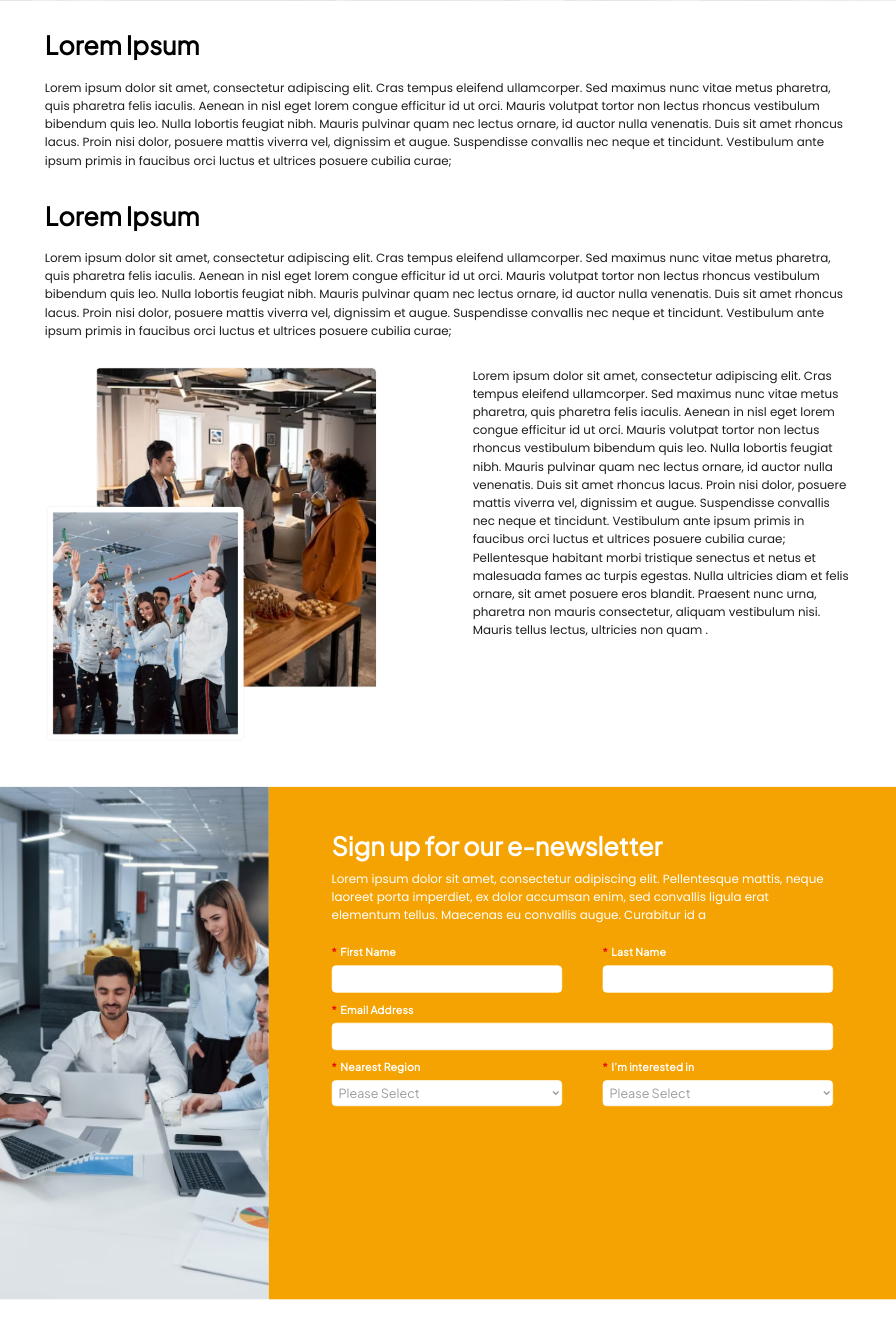
Repository: Akash8377/Hospitality-website
Page: /about-us
The author's editor kept a copy of each file at every save. The page is drawn from the files as they stood at one save, then again after the next save.
The browser window is 1280 px wide. The pictures show the part of the page from y = 683 to 2603 px (the page is 2603 px tall), at 70% of full size.
Some web libraries are served in a nearby version. The project was rebuilt for these pictures with package versions that can differ from the ones it lists, and the page was loaded fresh each time. Also part of the build but not shown: src/Component/Partial/heading-cont.js, src/Component/Shared/about-us.js, src/Component/Shared/Banner.js, src/Component/Shared/popular-jobs.js, src/Component/Sliders/ServiceSlider.js, src/Component/Sliders/ReviewSlider.js, src/Component/Partial/index-banner.js, src/Component/Partial/index-buisness-banner.js and 2 more.

Above is the page before, as saved 2023-07-07 12:16:09.

### public/index.html
<!-- @format -->

<!DOCTYPE html>
<html lang="en">
  <head>
    <meta charset="utf-8" />
    <link rel="icon" href="%PUBLIC_URL%/favicon.ico" />
    <meta name="viewport" content="width=device-width, initial-scale=1" />
    <meta name="theme-color" content="#000000" />
    <meta
      name="description"
      content="Web site created using create-react-app"
    />
    <link rel="apple-touch-icon" href="%PUBLIC_URL%/logo192.png" />
    <link rel="manifest" href="%PUBLIC_URL%/manifest.json" />

    <link rel="preconnect" href="https://fonts.googleapis.com" />
    <link rel="preconnect" href="https://fonts.gstatic.com" crossorigin />
    <link href="https://fonts.googleapis.com/css2?family=Plus+Jakarta+Sans&family=Poppins&display=swap" rel="stylesheet">
    <title>React App</title>
  </head>
  <body>
    <noscript>You need to enable JavaScript to run this app.</noscript>
    <div id="root"></div>
  </body>
  <script src="https://kit.fontawesome.com/b533b351e4.js" crossorigin="anonymous"></script>
</html>

### src/index.css
/** @format */

body {
  margin: 0;
  padding: 0;
  font-family: -apple-system, BlinkMacSystemFont, "Segoe UI", "Roboto", "Oxygen",
    "Ubuntu", "Cantarell", "Fira Sans", "Droid Sans", "Helvetica Neue",
    sans-serif;
  -webkit-font-smoothing: antialiased;
  -moz-osx-font-smoothing: grayscale;
}

code {
  font-family: source-code-pro, Menlo, Monaco, Consolas, "Courier New",
    monospace;
}

### src/Css/Navbar.css
/** @format */

.Navbar {
  display: flex;
  justify-content: space-evenly;
  box-shadow: 0px 10px 30px 0px rgba(0, 0, 0, 0.25);
  background-color: #033c59;
  padding: 20px;
  align-items: center;
}
.Navbar .main {
  width: 15%;
  text-align: center;
}
.Navbar .main a {
  text-decoration: none;
  color: #fff;
  font-size: 20px;
  font-family: Plus Jakarta Sans;
  font-style: normal;
  font-weight: 400;
  line-height: 24px;
  letter-spacing: 1px;
  margin: 0;
}

.Navbar .main img {
  display: block;
  margin: auto;
  max-width: 100%;
}
.Navbar .main div {
  border-radius: 24px;
  border: 1px solid #f3f4f6;
  background: #eee;
  padding: 8px;
  display: flex;
  justify-content: space-between;
  padding-left: 10px;
  padding-right: 10px;
}
.Navbar .main div input {
  border: none;
  background-color: transparent;
  outline: none;
  color: #6b7280;
  font-size: 14px;
  font-family: Plus Jakarta Sans;
  font-style: normal;
  font-weight: 400;
  line-height: normal;
  width: 80%;
}
.Navbar .main button {
  border-radius: 8px;
  background: #f5a302;
  width: 120px;
  padding: 10px;
  color: #fff;
  text-align: center;
  font-size: 16px;
  font-family: Plus Jakarta Sans;
  font-style: normal;
  font-weight: 800;
  line-height: normal;
  outline: none;
  border: 1px solid #f5a302;
}

.Navbar .main a:focus{
    font-weight: 700;
}

### src/Component/Partial/About Us Component/Newsletter.js
/** @format */

import React from "react";

const Newsletter = () => {
  return (
    <div className="About-Us_Newsletter">
      <div className="left">
        <img src="./Image/12.png" alt="" />
      </div>
      <div className="right">
        <div className="content">
          <h5>Sign up for our e-newsletter</h5>
          <p className="desc">
            Lorem ipsum dolor sit amet, consectetur adipiscing elit.
            Pellentesque mattis, neque laoreet porta imperdiet, ex dolor
            accumsan enim, sed convallis ligula erat elementum tellus. Maecenas
            eu convallis augue. Curabitur id a
          </p>

          <form>
            <div className="Two_Inputs">
              <div>
                <label>
                  <span>*</span>First Name
                </label>
                <input type="text" />
              </div>
              <div>
                <label>
                  <span>*</span>Last Name
                </label>
                <input type="text" />
              </div>
            </div>
            <div className="Single_Input">
              <div>
                <label>
                  <span>*</span>Email Address
                </label>
                <input type="email" />
              </div>
            </div>
            <div className="Two_Inputs">
              <div>
                <label>
                  <span>*</span>Nearest Region
                </label>
                <select>
                  <option>Please Select</option>
                </select>
              </div>
              <div>
                <label>
                  <span>*</span>I’m interested in
                </label>
                <select>
                  <option>Please Select</option>
                </select>
              </div>
            </div>
          </form>
        </div>
      </div>
    </div>
  );
};

export default Newsletter;

Loaded but not shown: src/index.js (common file); src/Component/Partial/About Us Component/two-section.js (33 lines, source omitted); src/Component/Partial/About Us Component/Banner.js (18 lines, source omitted); src/Component/Navbar/Navbar.js (45 lines, source omitted); src/Component/Partial/About Us Component/content-description.js (12 lines, source omitted); src/Pages/AboutUs.js (23 lines, source omitted); src/App.js (24 lines, source omitted); src/Css/Lap.css (893 lines, source omitted)

After the next save:
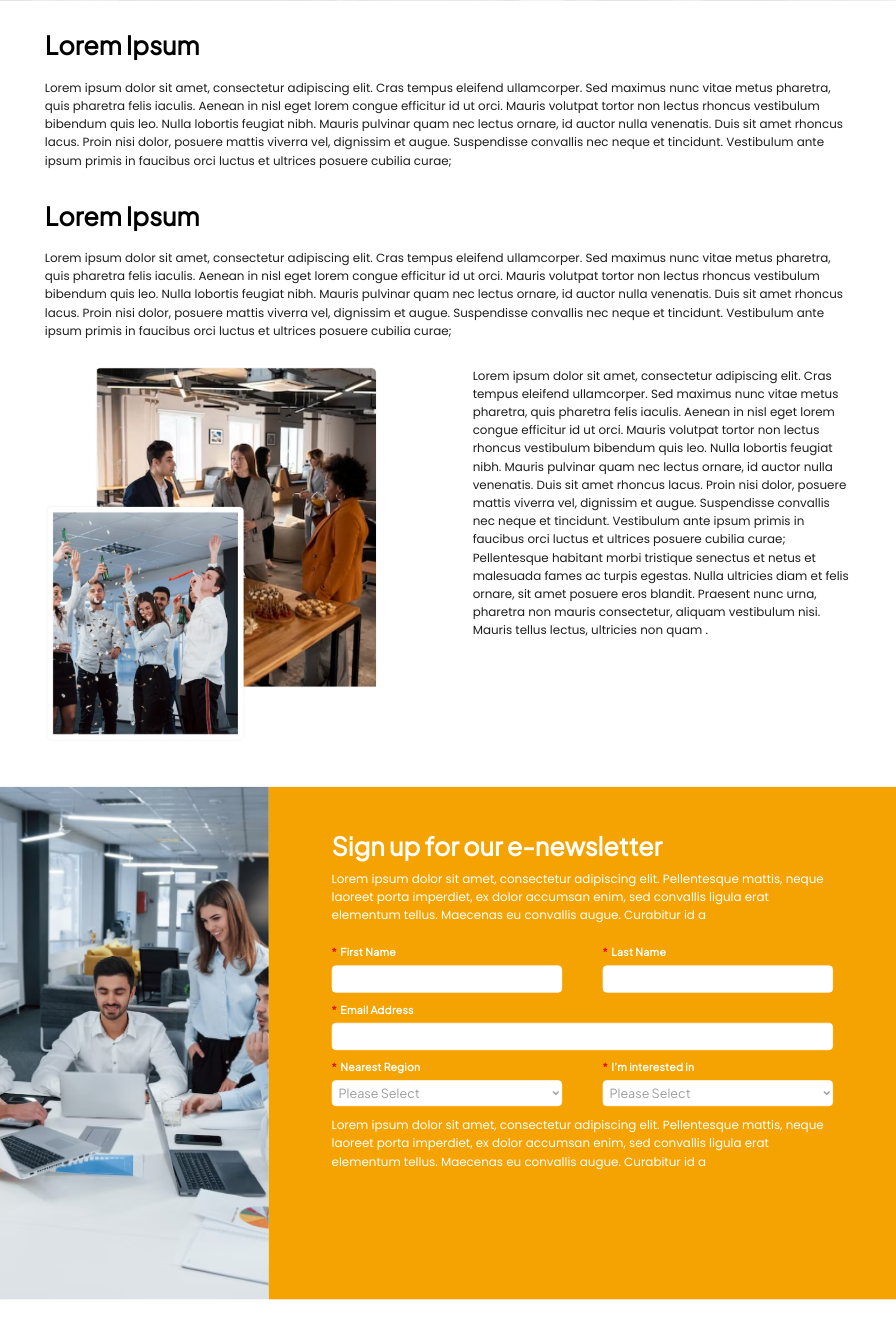
Saved 5 s later.
--- a/src/Component/Partial/About Us Component/Newsletter.js
+++ b/src/Component/Partial/About Us Component/Newsletter.js
@@ -60,6 +60,13 @@ const Newsletter = () => {
               </div>
             </div>
           </form>
+
+          <p className="desc">
+            Lorem ipsum dolor sit amet, consectetur adipiscing elit.
+            Pellentesque mattis, neque laoreet porta imperdiet, ex dolor
+            accumsan enim, sed convallis ligula erat elementum tellus. Maecenas
+            eu convallis augue. Curabitur id a
+          </p>
         </div>
       </div>
     </div>
